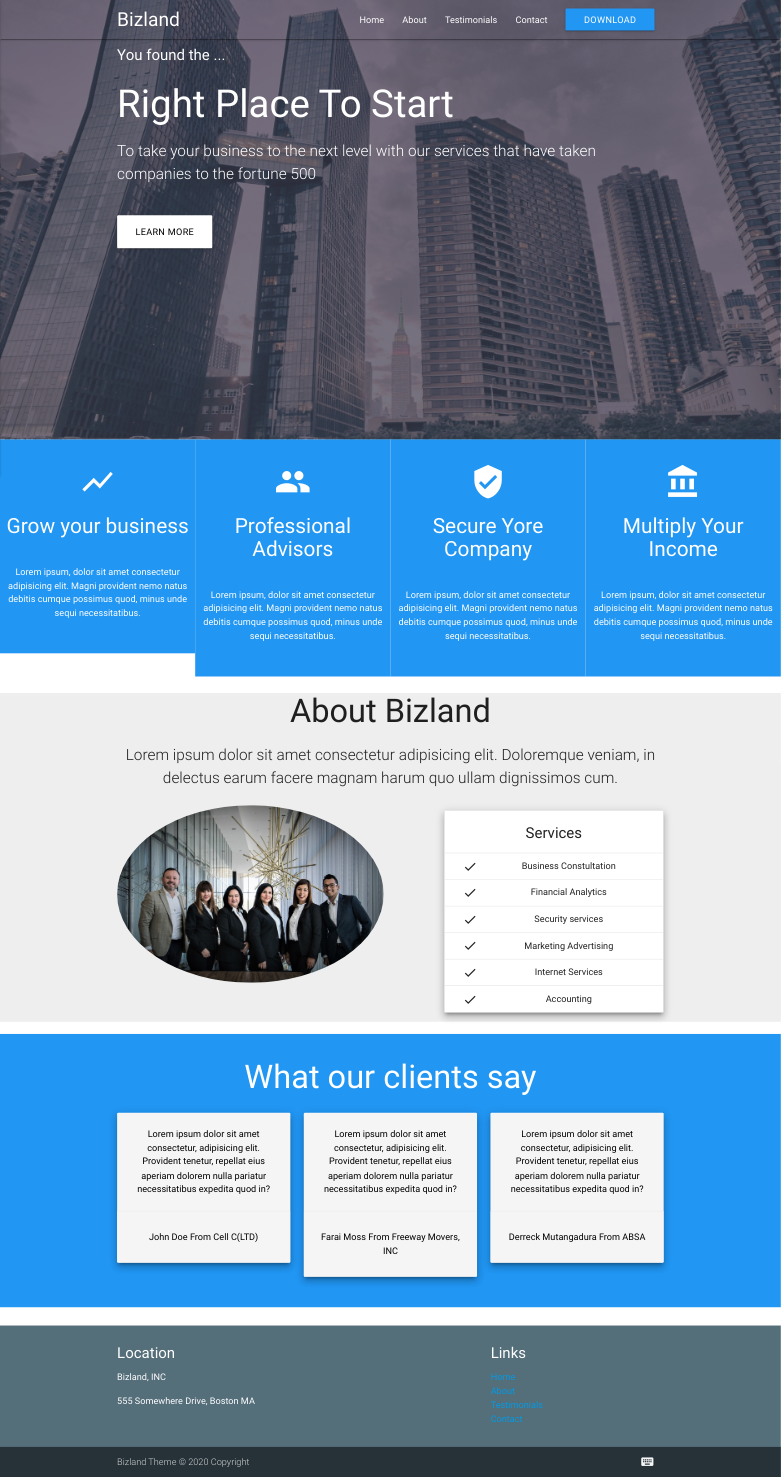
Repository: farrdy/bizland
Page: index.html
An editor plug-in stored every save of this project. The page is shown before and after the next save, followed by the edit.
The browser window is 1280 px wide. The pictures show the whole page, at 61% of full size.
Some web libraries are served in a nearby version.

Above is the page before, as saved 2020-01-05 22:36:14.

### index.html
<!DOCTYPE html>
<html>
  <head>
    <!--Import Google Icon Font-->
    <link
      href="https://fonts.googleapis.com/icon?family=Material+Icons"
      rel="stylesheet"
    />
    <!--Import materialize.css-->
    <link
      type="text/css"
      rel="stylesheet"
      href="css/materialize.min.css"
      media="screen,projection"
    />
    <link type="text/css" rel="stylesheet" href="css/main.css" />
    <!--Let browser know website is optimized for mobile-->
    <meta name="viewport" content="width=device-width, initial-scale=1.0" />
    <title>Bizland Theme</title>
  </head>

  <body id="home" class="scrollspy">
    <header class="main-header">
      <div class="primary-overlay">
        <div class="navbar-fixed">
          <nav class="transparent">
            <div class="container">
              <div class="nav-wrapper">
                <a href="#home" class="brand-logo">Bizland</a>
                <a href="#" class="button-collapse" data-activates="mobile-nav">
                  <i class="material-icons">menu</i>
                </a>
                <ul class=" right hide-on-med-and-down">
                  <li>
                    <a href="#home">Home</a>
                  </li>
                  <li>
                    <a href="#about">About</a>
                  </li>
                  <li>
                    <a href="#testimonials">Testimonials</a>
                  </li>
                  <li>
                    <a href="#contact">Contact</a>
                  </li>
                  <li>
                    <a href="#" class="btn blue">Download</a>
                  </li>
                </ul>
              </div>
            </div>
          </nav>
        </div>
        <ul class="side-nav" id="mobile-nav">
          <h4 class="blue-grey darken-3  center">
            Bizland
          </h4>
          <li>
            <a href="#" class="devider"></a>
          </li>
          <li>
            <a href="#home">Home</a>
          </li>
          <li>
            <a href="#about">About</a>
          </li>
          <li>
            <a href="#testimonials">Testimonials</a>
          </li>
          <li>
            <a href="#contact">Contact</a>
          </li>
        </ul>

        <!-- showcase -->
        <div class="showcase container">
          <div class="row">
            <div class="col s12 main-text">
              <h5>You found the ...</h5>
              <h1>Right Place To Start</h1>
              <p class="flow-text">
                To take your business to the next level with our services that
                have taken companies to the fortune 500
              </p>
              <br />
              <a href="" class="btn btn-large white black-text">Learn More</a>
              <a href="#about" class="white-text"
                ><i class="material-icons medium scroll-icon">
                  arrow_drop_down_circle
                </i></a
              >
            </div>
          </div>
        </div>
      </div>
    </header>
    <section class="section-boxes center">
      <div class="row">
        <div class="col s12 m6 l3 blue white-text box">
          <i class="material-icons medium">show_chart</i>
          <h4>Grow your business</h4>
          <p>
            Lorem ipsum, dolor sit amet consectetur adipisicing elit. Magni
            provident nemo natus debitis cumque possimus quod, minus unde sequi
            necessitatibus.
          </p>
        </div>
        <div class="col s12 m6 l3 blue white-text box">
          <i class="material-icons medium">people</i>
          <h4>Professional Advisors</h4>
          <p>
            Lorem ipsum, dolor sit amet consectetur adipisicing elit. Magni
            provident nemo natus debitis cumque possimus quod, minus unde sequi
            necessitatibus.
          </p>
        </div>
        <div class="col s12 m6 l3 blue white-text box">
          <i class="material-icons medium">verified_user</i>
          <h4>Secure Yore Company</h4>
          <p>
            Lorem ipsum, dolor sit amet consectetur adipisicing elit. Magni
            provident nemo natus debitis cumque possimus quod, minus unde sequi
            necessitatibus.
          </p>
        </div>
        <div class="col s12 m6 l3 blue white-text box">
          <i class="material-icons medium">account_balance</i>
          <h4>Multiply Your Income</h4>
          <p>
            Lorem ipsum, dolor sit amet consectetur adipisicing elit. Magni
            provident nemo natus debitis cumque possimus quod, minus unde sequi
            necessitatibus.
          </p>
        </div>
      </div>
    </section>
    <!-- Section: About -->

    <section id="about" class="section-about grey lighten-3 center scrollspy">
      <div class="container">
        <h2>About Bizland</h2>
        <p class="flow-text">
          Lorem ipsum dolor sit amet consectetur adipisicing elit. Doloremque
          veniam, in delectus earum facere magnam harum quo ullam dignissimos
          cum.
        </p>
        <div class="row">
          <div class="col s12 m6">
            <img src="img/people.jpg" alt="" class="responsive-img circle" />
          </div>
          <div class="col s12 m5 offset-m1">
            <ul class="collection with-header z-depth-4">
              <li class="collection-header">
                <h5>Services</h5>
              </li>
              <li class="collection-item">
                <i class="material-icons left">check</i>
                Business Constultation
              </li>
              <li class="collection-item">
                <i class="material-icons left">check</i>
                Financial Analytics
              </li>
              <li class="collection-item">
                <i class="material-icons left">check</i>
                Security services
              </li>
              <li class="collection-item">
                <i class="material-icons left">check</i>
                Marketing Advertising
              </li>
              <li class="collection-item">
                <i class="material-icons left">check</i>
                Internet Services
              </li>
              <li class="collection-item">
                <i class="material-icons left">check</i>
                Accounting
              </li>
            </ul>
          </div>
        </div>
      </div>
    </section>
    <!-- Section Testimonials -->
    <section
      id="testimonials"
      class="section section-testimonials blue white-text center scrollspy"
    >
      <div class="container">
        <h2>What our clients say</h2>
        <div class="row">
          <div class="col s12 m4">
            <div class="card grey lighten-4 black-text z-depth-4">
              <div class="card-content">
                <p>
                  Lorem ipsum dolor sit amet consectetur, adipisicing elit.
                  Provident tenetur, repellat eius aperiam dolorem nulla
                  pariatur necessitatibus expedita quod in?
                </p>
              </div>
              <div class="card-action">
                <p>John Doe From Cell C(LTD)</p>
              </div>
            </div>
          </div>
          <div class="col s12 m4">
            <div class="card grey lighten-4 black-text z-depth-4">
              <div class="card-content">
                <p>
                  Lorem ipsum dolor sit amet consectetur, adipisicing elit.
                  Provident tenetur, repellat eius aperiam dolorem nulla
                  pariatur necessitatibus expedita quod in?
                </p>
              </div>
              <div class="card-action">
                <p>Farai Moss From Freeway Movers, INC</p>
              </div>
            </div>
          </div>
          <div class="col s12 m4">
            <div class="card grey lighten-4 black-text z-depth-4">
              <div class="card-content">
                <p>
                  Lorem ipsum dolor sit amet consectetur, adipisicing elit.
                  Provident tenetur, repellat eius aperiam dolorem nulla
                  pariatur necessitatibus expedita quod in?
                </p>
              </div>
              <div class="card-action">
                <p>Derreck Mutangadura From ABSA</p>
              </div>
            </div>
          </div>
        </div>
      </div>
    </section>

    <!-- section :Contact -->

    <section class="section section-contact center scrollspy">
      <div id="googlemap"></div>
      <div class="container"></div>
    </section>
    <!-- FOOTER: SECTION -->

    <footer class="page-footer blue-grey darken-1">
      <div class="container">
        <div class="row">
          <div class="col l6 s12">
            <h5>Location</h5>
            <p>Bizland, INC</p>
            <p>555 Somewhere Drive, Boston MA</p>
          </div>
          <div class="col l4 offset-l2 s12">
            <h5 class="white-text">Links</h5>
            <ul>
              <li>
                <a href="#home">Home</a>
              </li>
              <li>
                <a href="#about">About</a>
              </li>
              <li>
                <a href="#testimonials">Testimonials</a>
              </li>
              <li>
                <a href="#contact">Contact</a>
              </li>
            </ul>
          </div>
        </div>
      </div>
      <div class="footer-copyright blue-grey darken-4">
        <div class="container">
          Bizland Theme © 2020 Copyright
          <a class="grey-text text-lighten-4 right" href="#!"
            ><i class="material-icons left">keyboard</i></a
          >
        </div>
      </div>
    </footer>

    <!--Import jQuery before materialize.js-->
    <script
      type="text/javascript"
      src="https://code.jquery.com/jquery-3.2.1.min.js"
    ></script>
    <script type="text/javascript" src="js/materialize.min.js"></script>
    <script>
      $(document).ready(function() {
        $(".button-collapse").sideNav();

        $(".scrollspy").scrollSpy();

        //scrollfire
        const options = [
          {
            selector: ".main-text",
            offset: 0,
            callback: function(el) {
              Materialize.fadeInImage($(el));
            }
          }
        ];

        Materialize.scrollFire(options);
      });
    </script>
  </body>
</html>

### css/main.css
.primary-overlay {
  background: rgba(63, 57, 77, 0.7);
  position: absolute;
  top: 0;
  left: 0;
  width: 100%;
  height: 100%;
  overflow: hidden;
}

.main-header {
  background: url(../img/showcase.jpg);
  background-size: cover;
  background-position: center;
  height: 100vh;
  min-height: 600px;
  color: #fff;
  position: relative;
}

.main-hedare .showcase {
  padding-top: 110px;
}

.scroll-icon {
  position: absolute;
  bottom: 5%;
  left: 47%;
  opacity: 0.5%;
}

.box {
  padding: 40px 10px !important;
}

.box h4 {
  padding-bottom: 30px;
}

.section-boxes .row {
  margin-bottom: 0 !important;
}

@media (max-width: 600px) {
  .main-header {
    height: 50vh;
  }
}

Loaded but not shown: css/materialize.min.css (library); js/materialize.min.js (library)

After the next save:
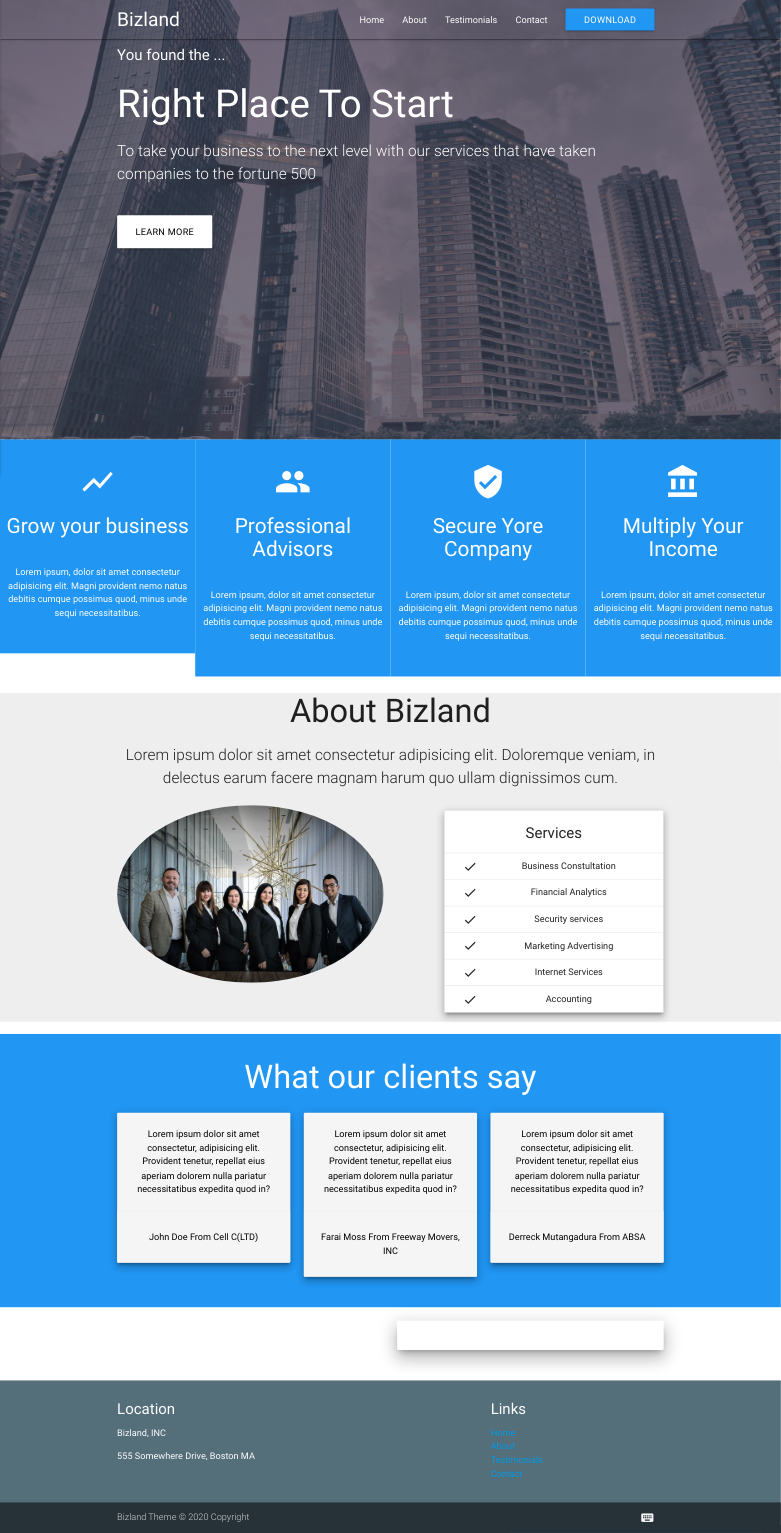
Saved 44 s later.
--- a/index.html
+++ b/index.html
@@ -240,7 +240,13 @@
 
     <section class="section section-contact center scrollspy">
       <div id="googlemap"></div>
-      <div class="container"></div>
+      <div class="container">
+        <div class="row">
+          <div class="col s12 m6 offset-m6">
+            <div class="card-panel z-depth-5"></div>
+          </div>
+        </div>
+      </div>
     </section>
     <!-- FOOTER: SECTION -->
 
